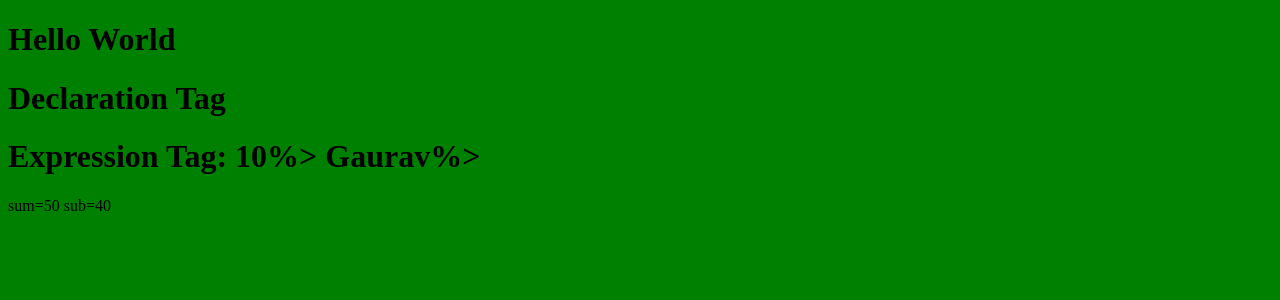
Repository: gaurav-codes123/Advance_Java
Page: http://localhost/JSP-Tutorial-01/
The author's editor kept a copy of each file at every save. The page is drawn from the files as they stood at one save, then again after the next save.
The browser window is 1280 px wide. The pictures show the whole page.
The page is served by Tomcat 9.

Above is the page before, as saved 2025-02-01 09:59:07.

After the next save:
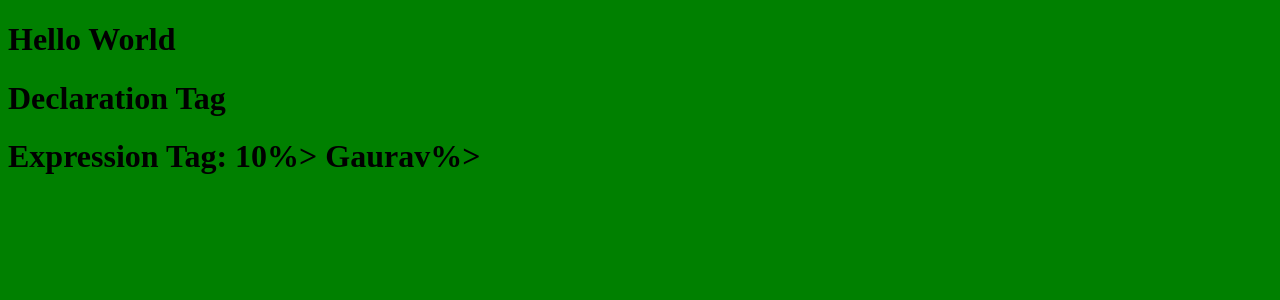
Saved 50 s later.
--- a/JSP-Tutorial-01/src/main/webapp/index.jsp
+++ b/JSP-Tutorial-01/src/main/webapp/index.jsp
@@ -18,11 +18,11 @@
 	</h1>
 	<%
 	int sum = 20 + 30;
-	out.println("sum=" + sum);
-
+/* 	out.println("sum=" + sum);
+ */
 	int sub = sum - 10;
-	out.println("sub=" + sub);
-	%>
+/* 	out.println("sub=" + sub);
+ */	%>
 
 </body>
 </html>
